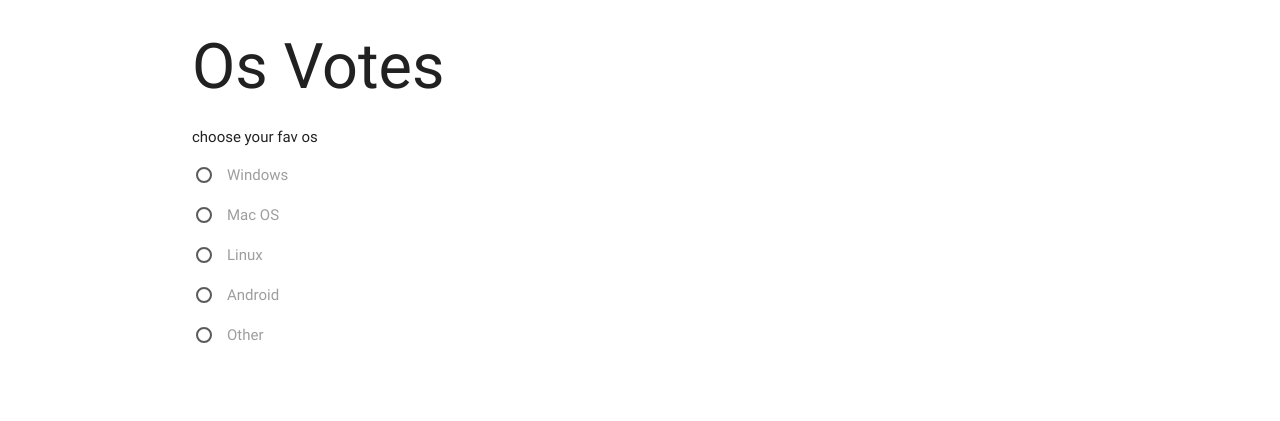
Repository: AdaLover/osPoll
Page: public/index.html
An editor plug-in stored every save of this project. The page is shown before and after the next save, followed by the edit.
The browser window is 1280 px wide. The pictures show the whole page.

Above is the page before, as saved 2018-01-31 21:07:28.

After the next save:
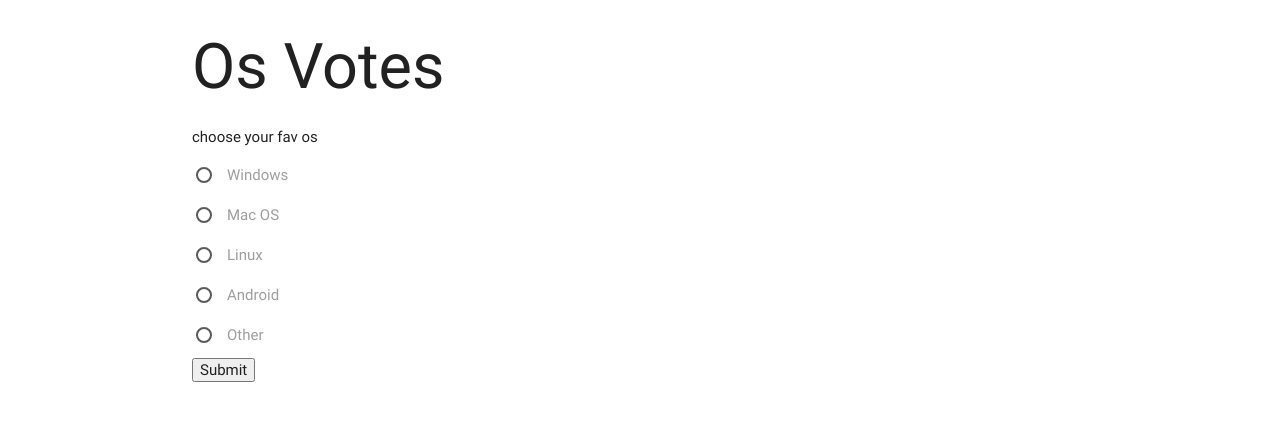
Saved 13 s later.
--- a/public/index.html
+++ b/public/index.html
@@ -35,6 +35,7 @@
                 <input type="radio" name="os" id="Other" value="Windows">
                 <label for="windows">Other</label>
             </p>
+            <input type="button" value="Submit">
         </form>
     </div>
     <script src="http://code.jquery.com/jquery-3.3.1.js" integrity="sha256-2Kok7MbOyxpgUVvAk/HJ2jigOSYS2auK4Pfzbm7uH60=" crossorigin="anonymous"></script>
